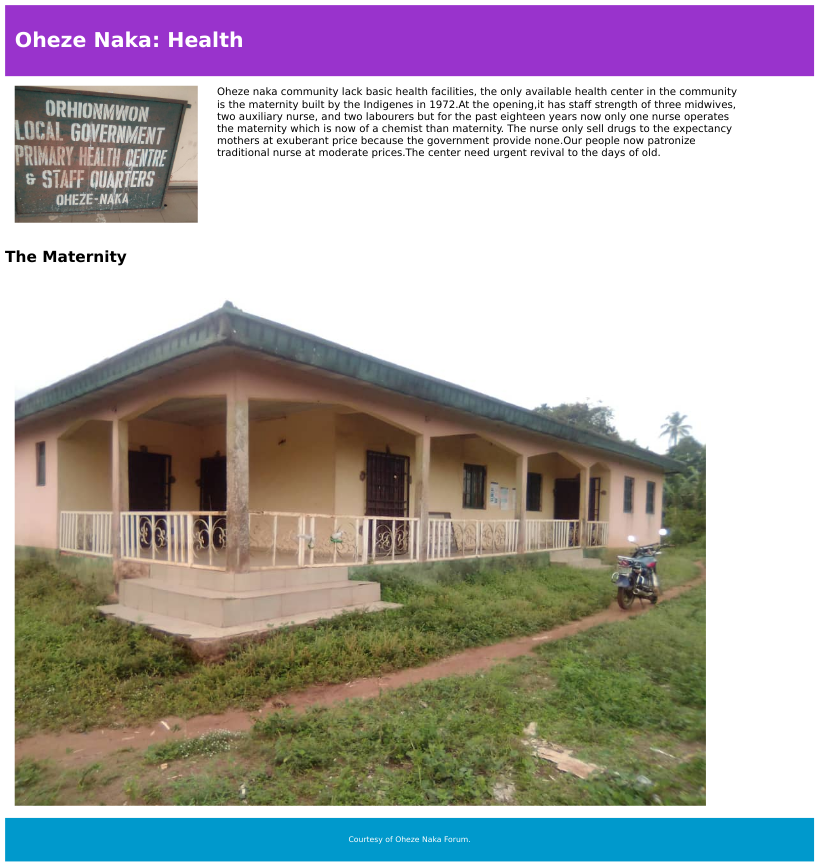
Repository: OtasowieRotimiOsifo/oheze-naka-forum
Page: maternity.html
These files come from the project's save history. The page is drawn as it stood at one moment and after the next save; the edit follows.
The browser window is 1280 px wide. The pictures show the whole page, at 64% of full size.

Above is the page before, as saved 2021-03-27 22:30:00.

After the next save:
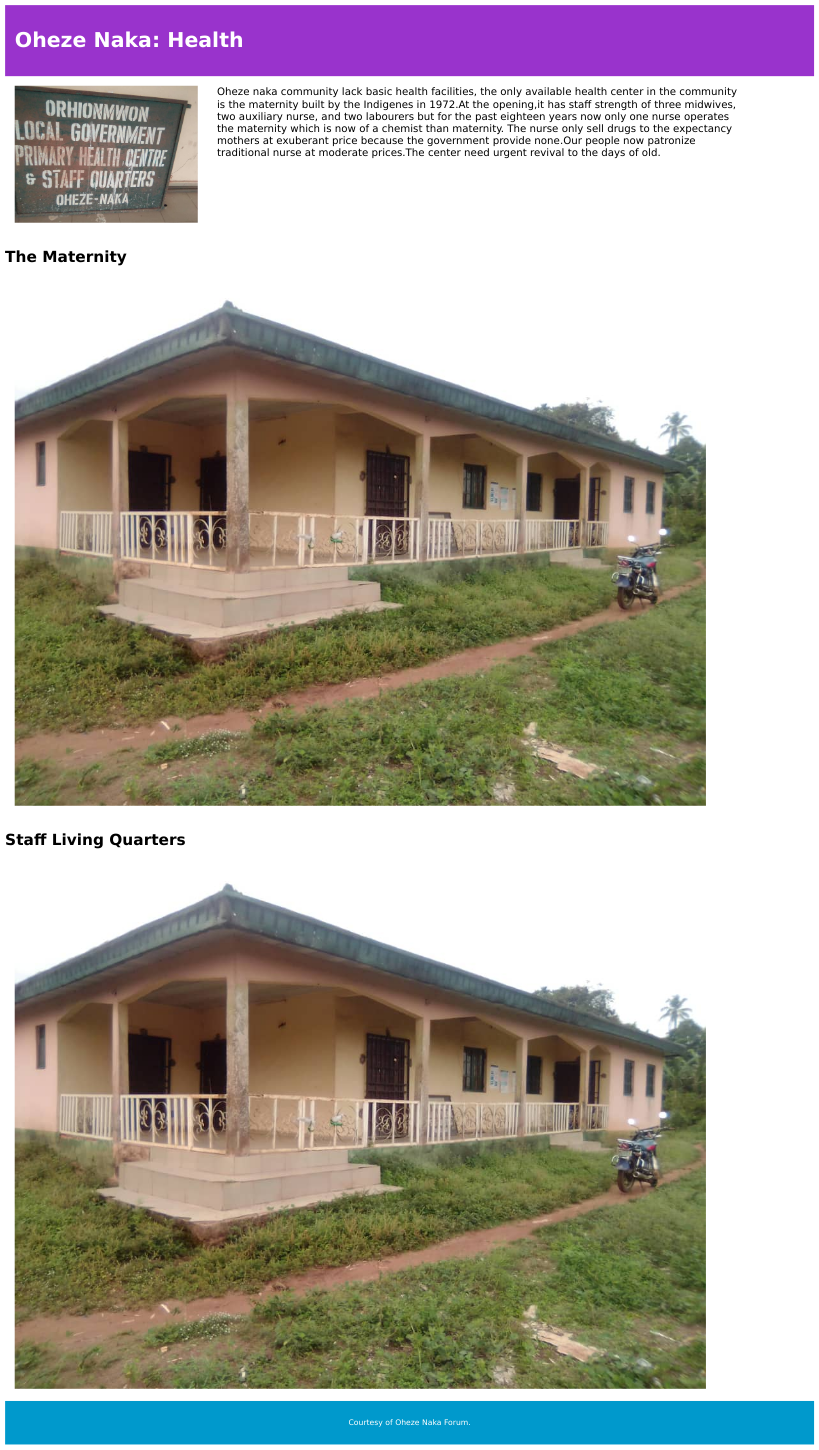
Saved 74 s later.
--- a/maternity.html
+++ b/maternity.html
@@ -132,6 +132,12 @@ html {
     <img src="img/maternity.jpeg"/>
 </div>
 </div>
+<div class="row">
+  <h2>Staff Living Quarters</h2>
+  <div  class="col-12 col-s-12">
+    <img src="img/maternity.jpeg"/>
+</div>
+</div>
 <div class="footer">
   <p>Courtesy of Oheze Naka Forum.</p>
 </div>
